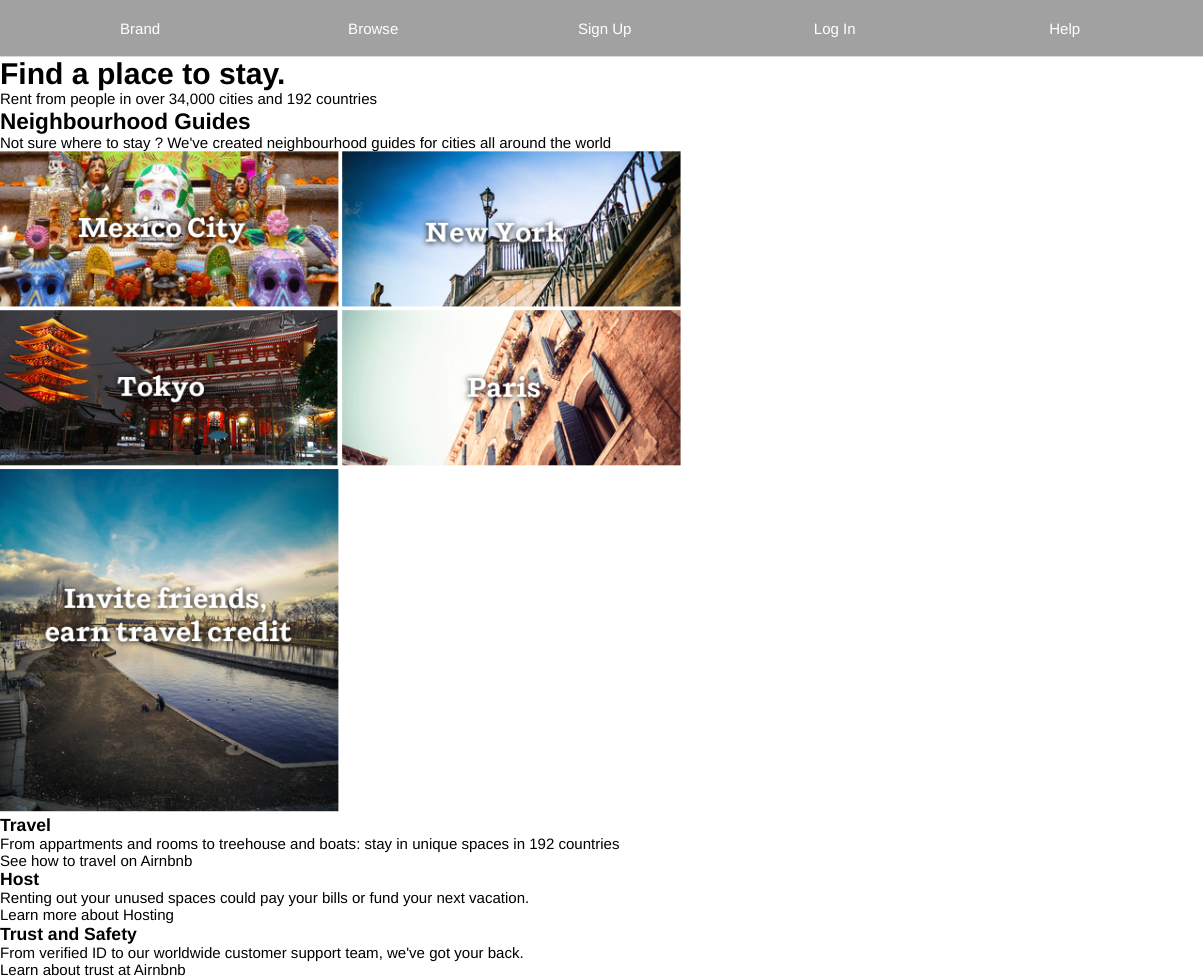
Repository: Naohonproject/web101x02-asm3
Page: Project3.html
These files come from the project's save history. The page is drawn as it stood at one moment and after the next save; the edit follows.
The browser window is 1280 px wide. The pictures show the whole page, at 94% of full size.

Above is the page before, as saved 2022-01-22 00:04:25.

After the next save:
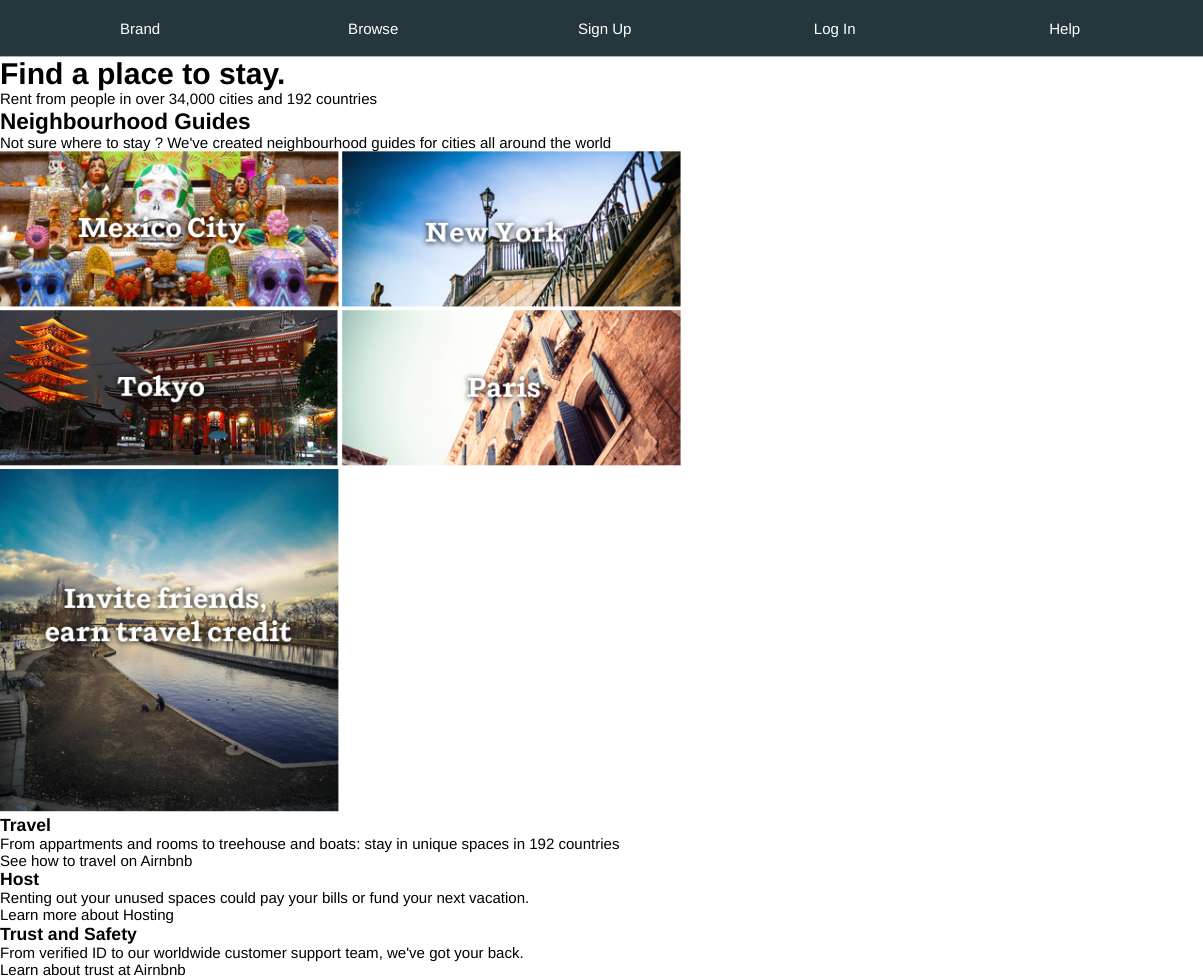
Saved 61 s later.
--- a/assets/css/layout.css
+++ b/assets/css/layout.css
@@ -3,7 +3,7 @@
 #header {
 	width: 100vw;
 	height: 60px;
-	background-color: #a1a1a1;
+	background-color: #25373d;
 	background-clip: border-box;
 }
 
